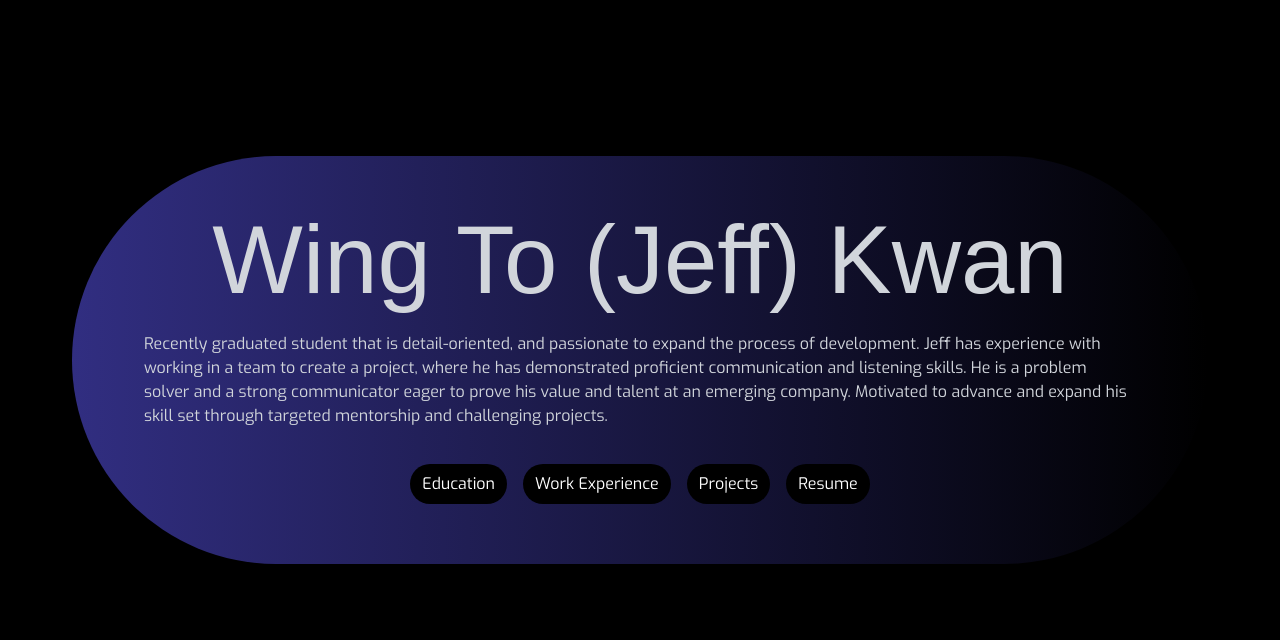
Repository: Jeffkw213/profile_website
Page: /
An editor plug-in stored every save of this project. The page is shown before and after the next save, followed by the edit.
The browser window is 1280 px wide. The pictures show the whole page.
Some web fonts or font styles are not loaded; a fallback is used. The project was rebuilt for these pictures with package versions that can differ from the ones it lists, and the page was loaded fresh each time. Also part of the build but not shown: vite.config.js, src/components/Education.jsx, src/components/Nav.jsx, src/data/projects.js, src/components/Projects.jsx, src/components/Work.jsx.

Above is the page before, as saved 2022-09-25 18:34:48.

After the next save:
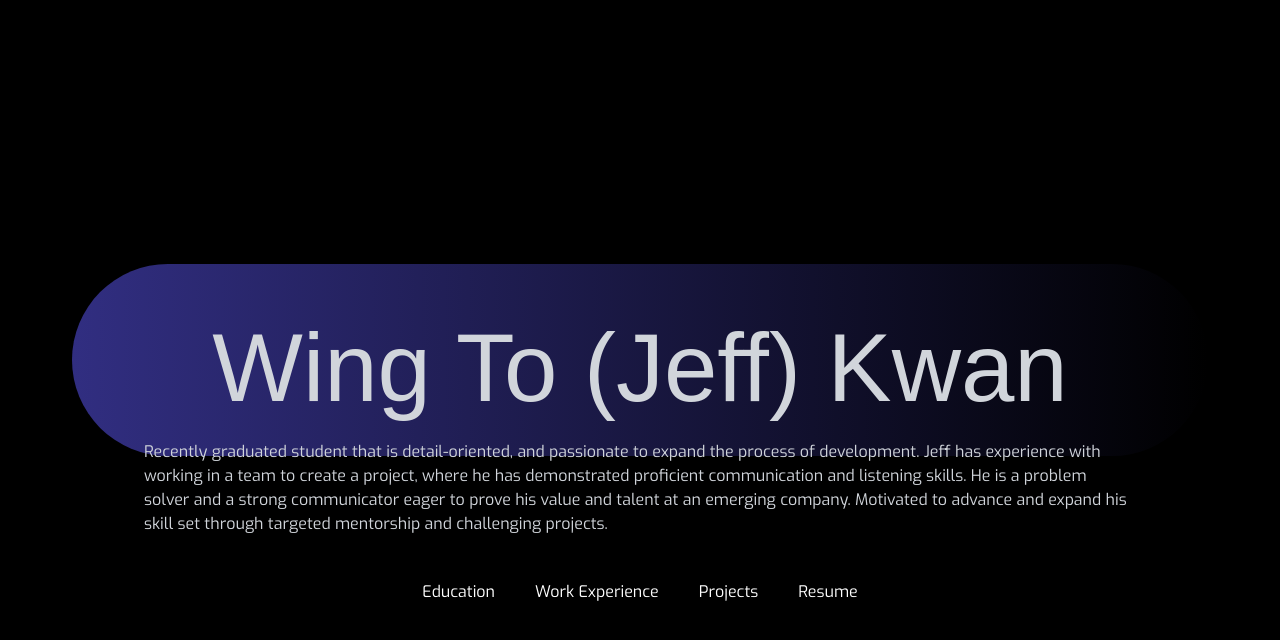
Saved 18 s later.
--- a/src/components/Title.jsx
+++ b/src/components/Title.jsx
@@ -35,7 +35,7 @@
 export default function Title({ Name, Description }) {
   return (
     <div className="min-w-[50%] min-h-screen max-h-screen bg-black flex items-center justify-center">
-      <div className="relative h-74 bg-gradient-to-r from-indigo-900 rounded-full py-10 text-gray-300 opacity-100">
+      <div className="relative h-48 bg-gradient-to-r from-indigo-900 rounded-full py-10 text-gray-300 opacity-100">
         <h1 className="font-Nexa text-8xl text-center pt-4 pb-2 ">{Name}</h1>
         <p className="p-4 mx-14 max-w-screen-lg min-w-[50%]">{Description}</p>
         <ButtonNavi />

After the 3 saves that followed:
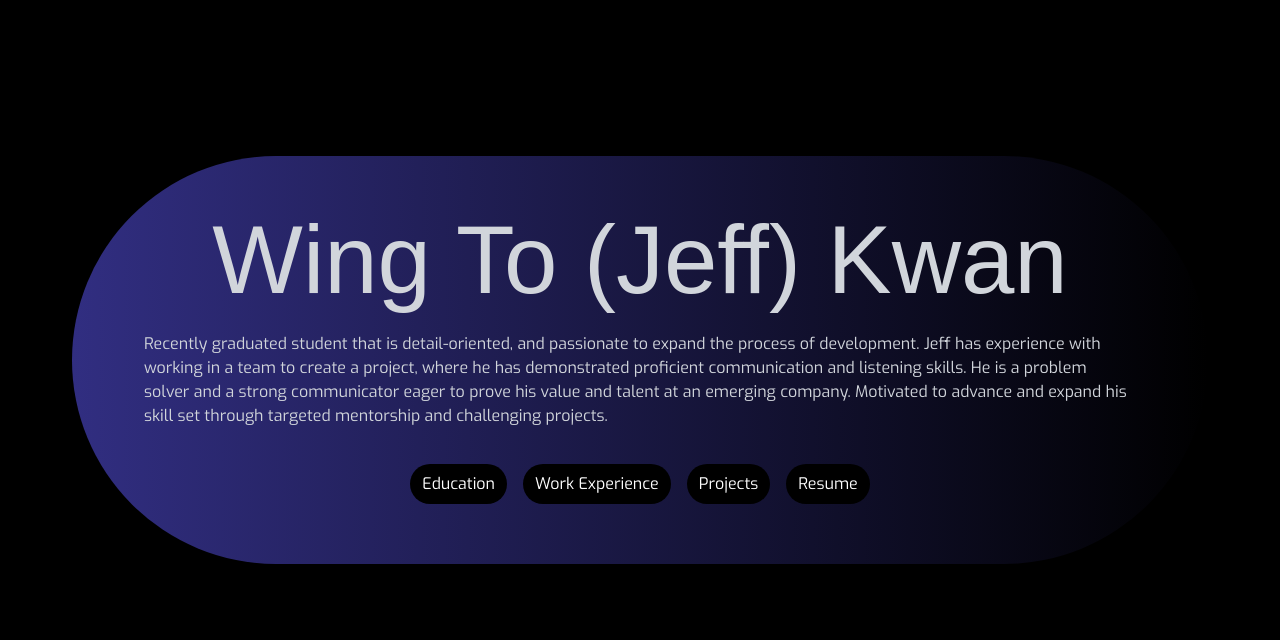
The 3 saves are shown as one change because they came seconds apart.
The last was saved 18 s later.
--- a/src/components/Title.jsx
+++ b/src/components/Title.jsx
@@ -35,7 +35,7 @@
 export default function Title({ Name, Description }) {
   return (
     <div className="min-w-[50%] min-h-screen max-h-screen bg-black flex items-center justify-center">
-      <div className="relative h-48 bg-gradient-to-r from-indigo-900 rounded-full py-10 text-gray-300 opacity-100">
+      <div className="relative h-5/6 bg-gradient-to-r from-indigo-900 rounded-full py-10 text-gray-300 opacity-100">
         <h1 className="font-Nexa text-8xl text-center pt-4 pb-2 ">{Name}</h1>
         <p className="p-4 mx-14 max-w-screen-lg min-w-[50%]">{Description}</p>
         <ButtonNavi />
